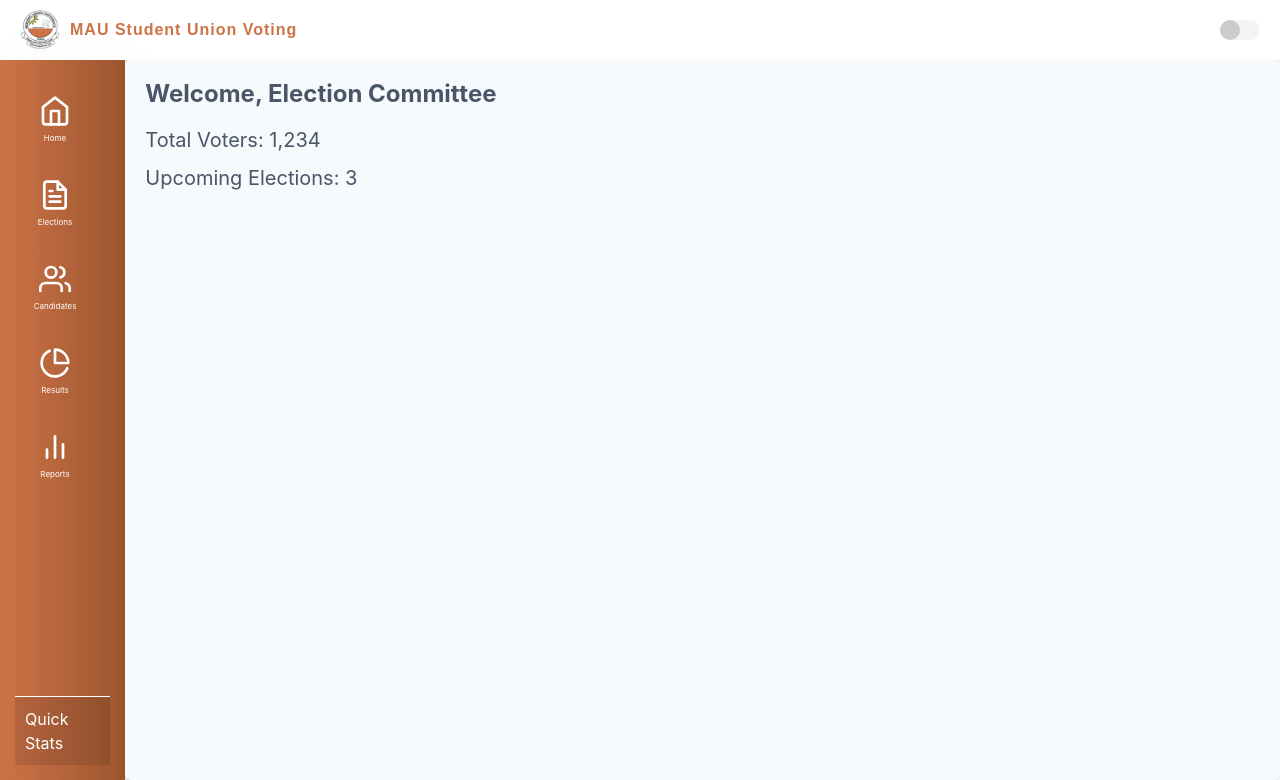
Repository: joena1o/e-vote
Page: /ElectionCommittee-dashboard
An editor plug-in stored every save of this project. The page is shown before and after the next save, followed by the edit.
The browser window is 1280 px wide. The pictures show the whole page.
The project was rebuilt for these pictures with package versions that can differ from the ones it lists, and the page was loaded fresh each time. Also part of the build but not shown: src/components/EnhancedLogin.js, src/components/maincontent/RegisterStudents/ManageStudents.js, src/components/maincontent/RegisterStudents/RegisterStudents.js, src/components/maincontent/RegisterStudents/StudentManagement.js, src/components/maincontent/ElectionResults/ViewResults.js, src/components/maincontent/ElectionResults/report.js, src/components/maincontent/ElectionResults/ViewElectionResults.js, src/components/maincontent/Settings/Settings.js and 21 more.

Above is the page before, as saved 2023-11-01 23:16:47.

After the next save:
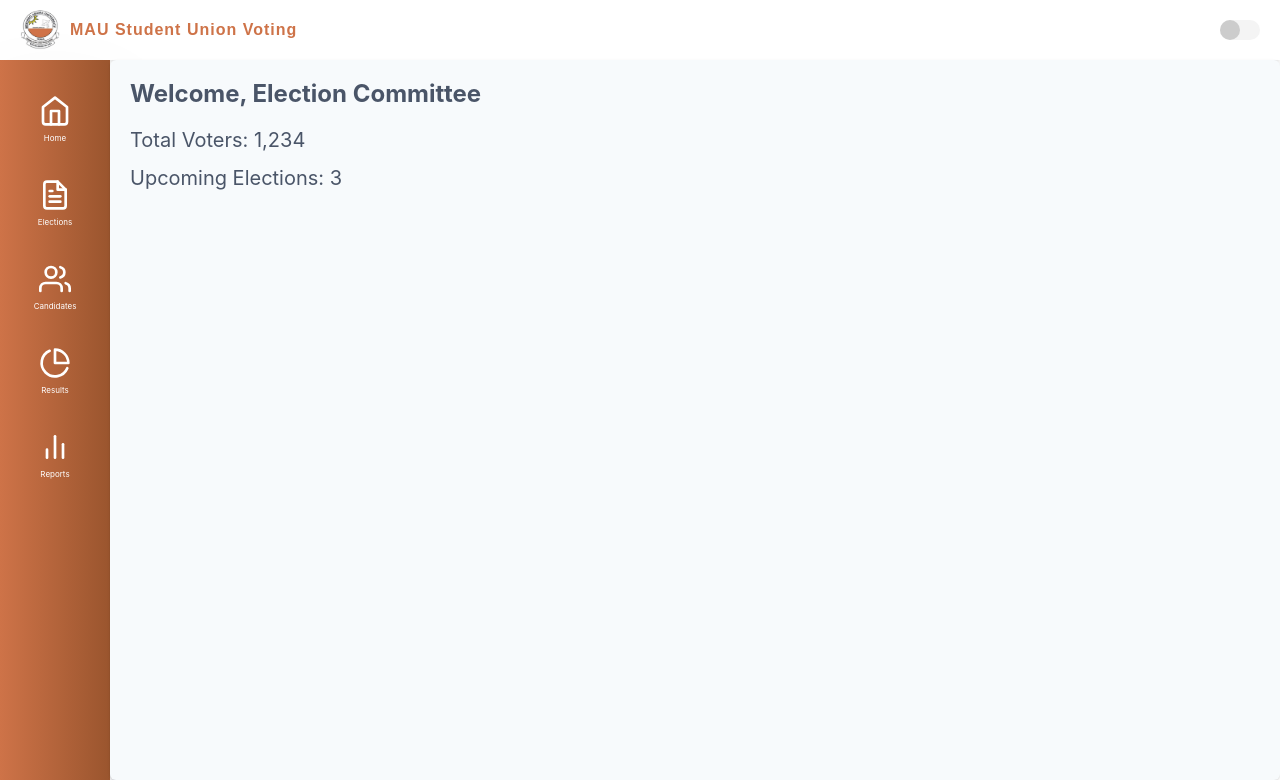
Saved 14 min 6 s later.
--- a/src/components/maincontent/ElectionCommitteeSidebar.js
+++ b/src/components/maincontent/ElectionCommitteeSidebar.js
@@ -103,10 +103,7 @@ function ElectionCommitteeSidebar() {
           </StyledLink>
         </LinkItem>
       </LinkList>
-      <QuickStats>
-        <h3>Quick Stats</h3>
-        {/* Here you can place any quick statistics or relevant data for the admin */}
-      </QuickStats>
+
     </SidebarContainer>
   );
 }
